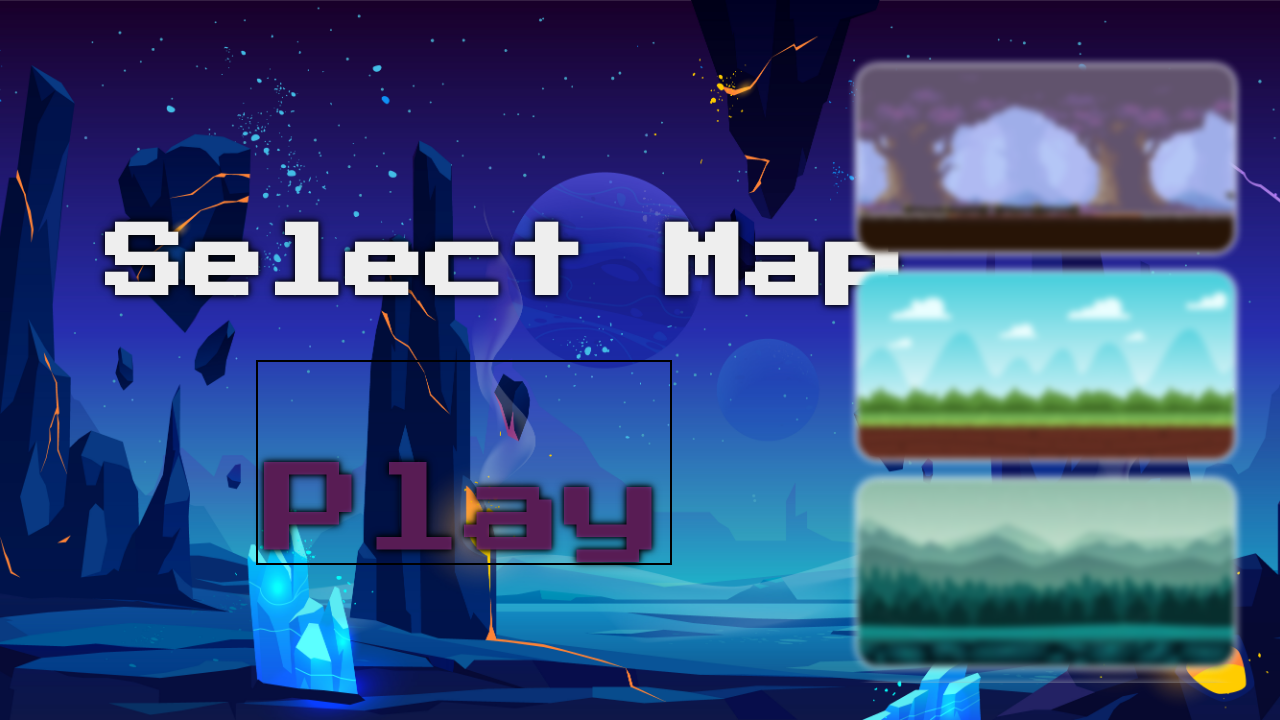
Repository: Gaurav31052/Fighting-game
Page: home.html
The author's editor kept a copy of each file at every save. The page is drawn from the files as they stood at one save, then again after the next save.
The browser window is 1280 px wide. The pictures show the whole page.
An inner scrolling area shows only its first screen.

Above is the page before, as saved 2024-06-06 23:34:38.

After the next save:
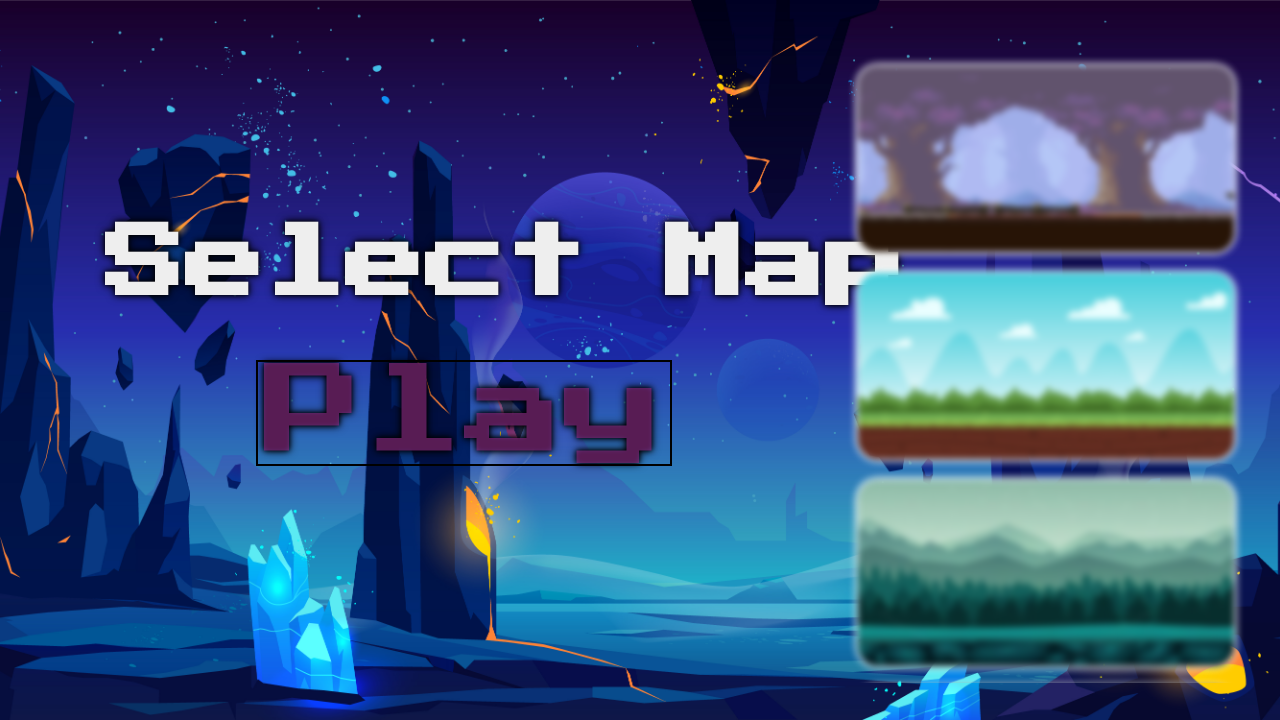
Saved 76 s later.
--- a/style.css
+++ b/style.css
@@ -44,7 +44,7 @@ a {
     font-size: 100px;
     font-family: "Press Start 2P", system-ui;
     text-align: center;
-    padding-top: 100px;
+    /* padding-top: 100px; */
     text-shadow: 0 0 10px #000000, 0 0 5px #000000;
 
     background: transparent;
